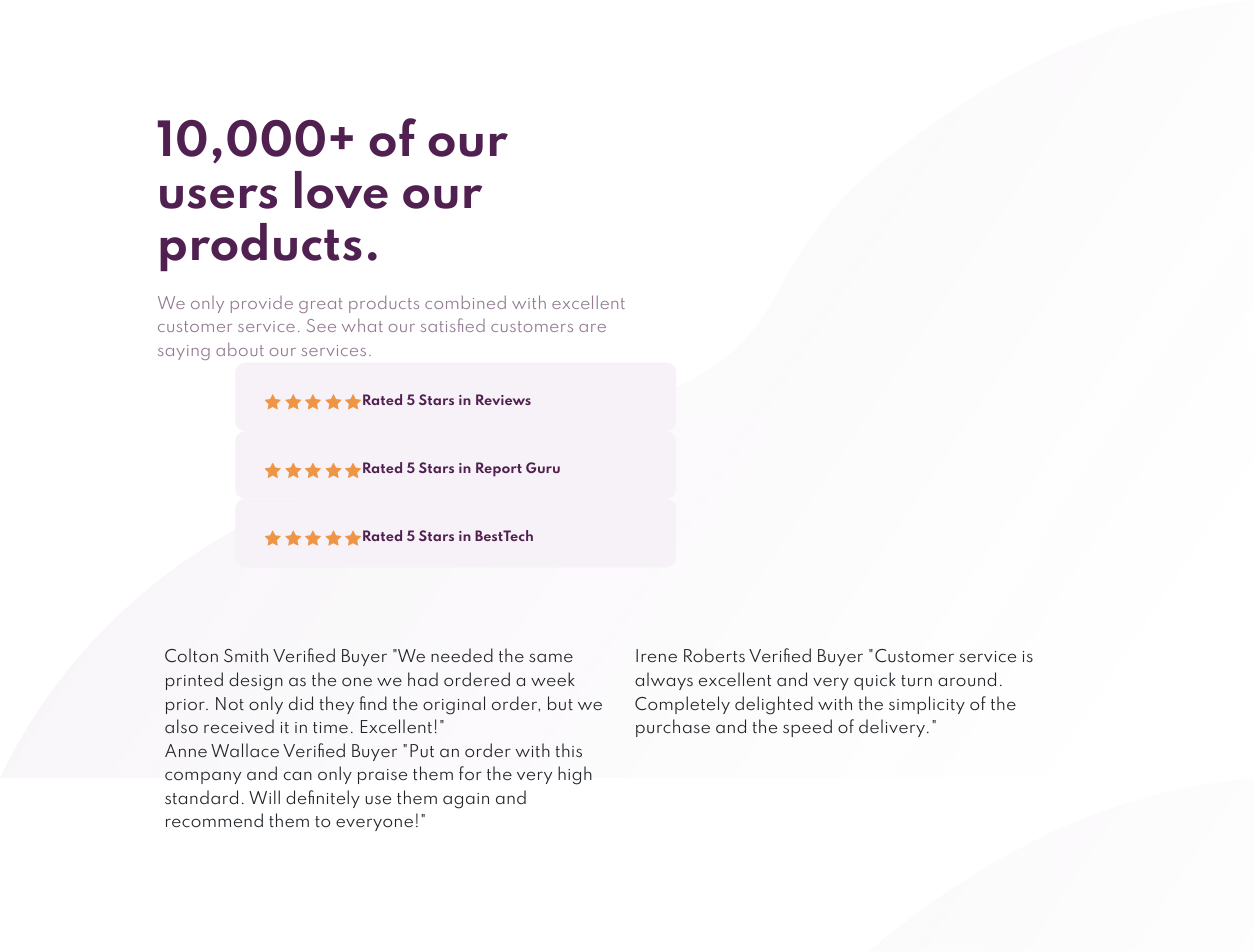
Repository: metehankasapp/social-proof-section-master
Page: index.html
These files come from the project's save history. The page is drawn as it stood at one moment and after the next save; the edit follows.
The browser window is 1280 px wide. The pictures show the whole page, at 98% of full size.
Some web libraries are served in a nearby version.

Above is the page before, as saved 2021-12-05 08:16:25.

### index.html
<!DOCTYPE html>
<html lang="en">

<head>
  <meta charset="UTF-8" />
  <meta name="viewport" content="width=device-width, initial-scale=1.0" />


  <title>Frontend Mentor | Social proof section</title>
  <link rel="preconnect" href="https://fonts.googleapis.com">
  <link rel="preconnect" href="https://fonts.gstatic.com" crossorigin>
  <link href="https://fonts.googleapis.com/css2?family=Spartan:wght@100;200;300;400;500;600;700;800;900&display=swap"
    rel="stylesheet">
  <link href="https://cdn.jsdelivr.net/npm/bootstrap@5.1.3/dist/css/bootstrap.min.css" rel="stylesheet"
    integrity="sha384-1BmE4kWBq78iYhFldvKuhfTAU6auU8tT94WrHftjDbrCEXSU1oBoqyl2QvZ6jIW3" crossorigin="anonymous">
  <link rel="stylesheet" href="style.css">
</head>

<body>
  <div class="main-ctr">
    <div class="w-100 row p-0  header-ctr">
      <div class="col-12 col-lg-6 header-area">
        <div class="header-purple">
          <h5>10,000+ of our users love our products.</h5>
        </div>

        <p class="m-0 header-text">
          We only provide great products combined with excellent customer service.
          See what our satisfied customers are saying about our services.
        </p>
      </div>

      <div class="col-12 col-lg-6 d-flex justify-content-between align-items-baseline flex-column">
        <div class="rate-container">
          <div class="stars">
            <img src="images/icon-star.svg" alt="">
            <img src="images/icon-star.svg" alt="">

            <img src="images/icon-star.svg" alt="">
            <img src="images/icon-star.svg" alt="">
            <img src="images/icon-star.svg" alt="">

          </div>
          <p class="m-0">Rated 5 Stars in Reviews</p>
        </div>
        <div class="rate-container">
          <div class="stars">
            <img src="images/icon-star.svg" alt="">
            <img src="images/icon-star.svg" alt="">

            <img src="images/icon-star.svg" alt="">
            <img src="images/icon-star.svg" alt="">
            <img src="images/icon-star.svg" alt="">

          </div>
          <p class="m-0">Rated 5 Stars in Report Guru</p>
        </div>
        <div class="rate-container">
          <div class="stars">
            <img src="images/icon-star.svg" alt="">
            <img src="images/icon-star.svg" alt="">

            <img src="images/icon-star.svg" alt="">
            <img src="images/icon-star.svg" alt="">
            <img src="images/icon-star.svg" alt="">

          </div>
          <p class="m-0">Rated 5 Stars in BestTech</p>
        </div>
      </div>
    </div>

    <div class="w-100 row m-0 p-0 ">
      <div class="card-item col-12 col-lg-6">
        Colton Smith
        Verified Buyer
        "We needed the same printed design as the one we had ordered a week prior.
        Not only did they find the original order, but we also received it in time.
        Excellent!"
      </div>
      <div class="card-item col-12 col-lg-6">

        Irene Roberts
        Verified Buyer
        "Customer service is always excellent and very quick turn around. Completely
        delighted with the simplicity of the purchase and the speed of delivery."
      </div>
      <div class="card-item col-12 col-lg-6">

        Anne Wallace
        Verified Buyer
        "Put an order with this company and can only praise them for the very high
        standard. Will definitely use them again and recommend them to everyone!"
      </div>
    </div>
  </div>

  <script src="https://cdn.jsdelivr.net/npm/bootstrap@5.1.3/dist/js/bootstrap.bundle.min.js"
    integrity="sha384-ka7Sk0Gln4gmtz2MlQnikT1wXgYsOg+OMhuP+IlRH9sENBO0LRn5q+8nbTov4+1p" crossorigin="anonymous">
  </script>
  <script src="https://cdn.jsdelivr.net/npm/@popperjs/core@2.10.2/dist/umd/popper.min.js"
    integrity="sha384-7+zCNj/IqJ95wo16oMtfsKbZ9ccEh31eOz1HGyDuCQ6wgnyJNSYdrPa03rtR1zdB" crossorigin="anonymous">
  </script>
  <script src="https://cdn.jsdelivr.net/npm/bootstrap@5.1.3/dist/js/bootstrap.min.js"
    integrity="sha384-QJHtvGhmr9XOIpI6YVutG+2QOK9T+ZnN4kzFN1RtK3zEFEIsxhlmWl5/YESvpZ13" crossorigin="anonymous">
  </script>
</body>

</html>

### style.css
*{
    margin: 0;
    padding: 0;
    box-sizing: border-box;
}


html{
    font-size: 10px;
}

body{
    background-image: url('images/bg-pattern-bottom-desktop.svg');
    background-size: cover;
    height: 100vh;
    font-size: 1.6rem;
    font-family: 'Spartan', sans-serif;
}

.main-ctr{
    padding: 12rem 16rem;
}

.header-ctr{

    margin-bottom: 8rem;
}

.header-area{
    width: 500px;
}
.header-purple h5{
    font-weight: 700;
    font-size: 44px;
    color: hsl(300, 43%, 22%);
    margin-bottom: 2rem;
}

.header-text{

    font-size: 16px;
    color: hsl(303, 10%, 53%);
}

.rate-container{
    color: hsl(300, 43%, 22%);
    font-weight: 700;
    padding: 2rem 3rem;
    background-color: hsl(300, 24%, 96%);
    font-size: 13px;
    border-radius: 10px;
    width: 450px;
    display: flex;
    justify-content: baseline;
    align-items: baseline;
}

.rate-container:nth-child(2){
    margin-left: 4rem;
}
.rate-container:nth-child(3){
    margin-left: 8rem;
}

.rate-container p{
    padding-top: 10px;
}

After the next save:
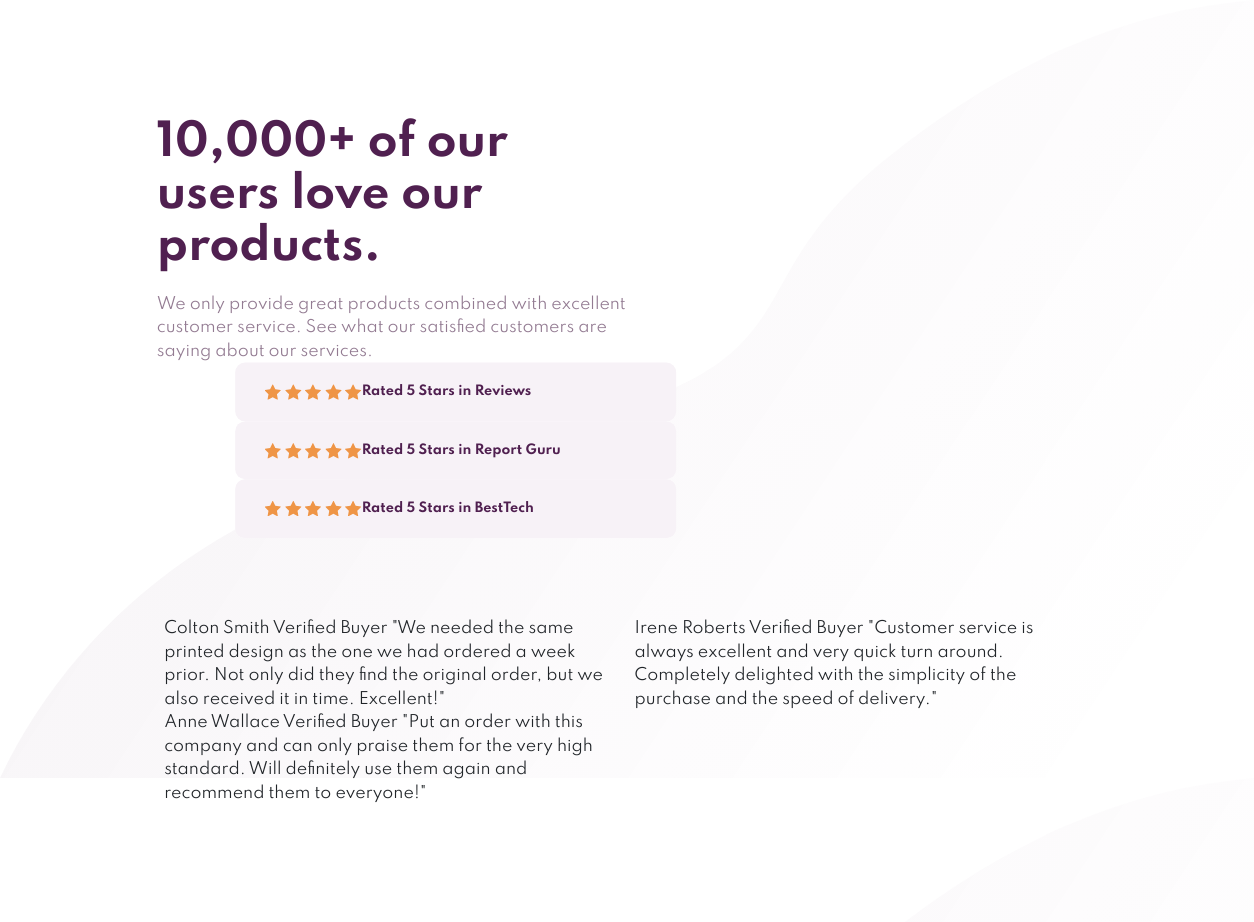
Saved 6 s later.
--- a/style.css
+++ b/style.css
@@ -62,6 +62,6 @@ body{
     margin-left: 8rem;
 }
 
-.rate-container p{
+.stars p{
     padding-top: 10px;
 }
